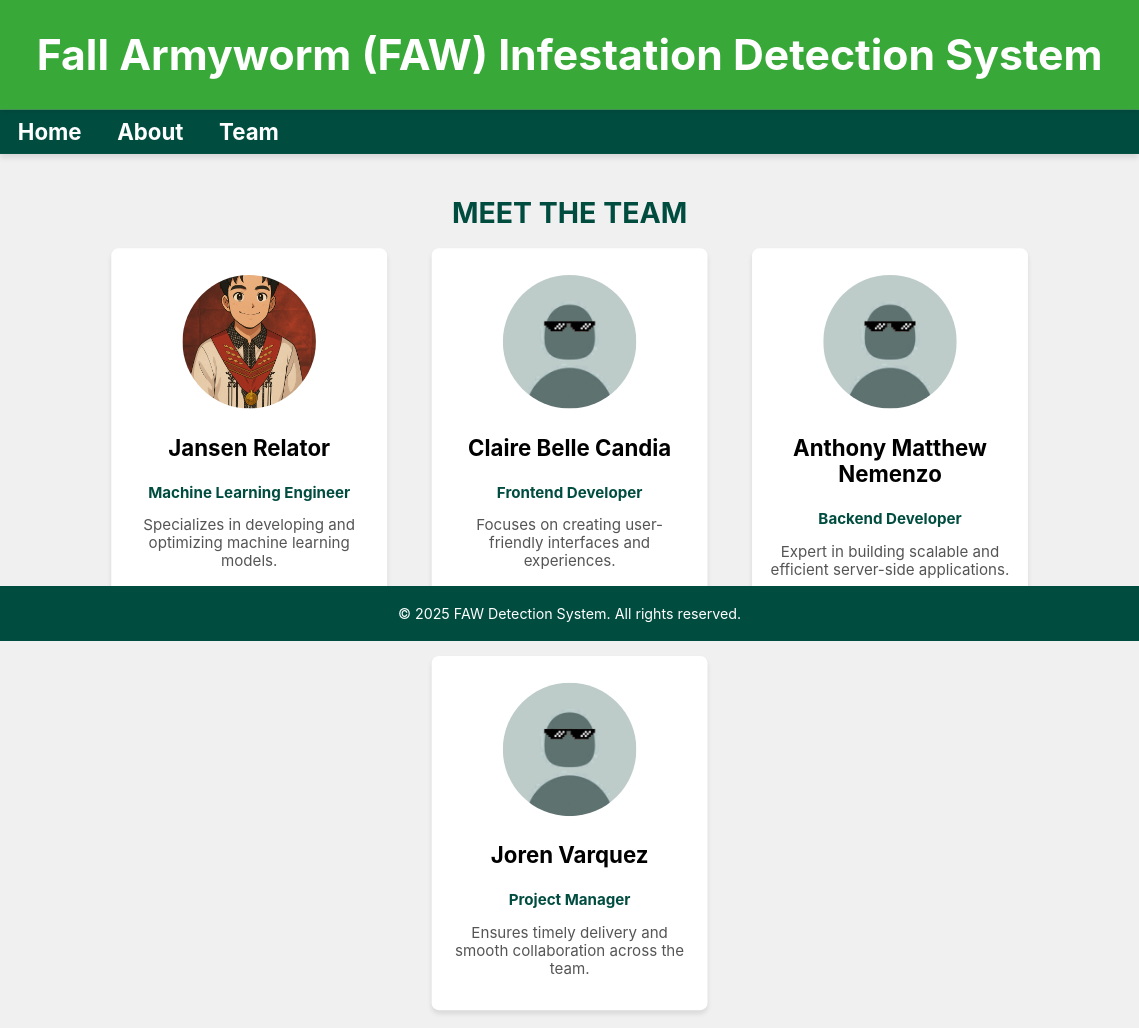
Repository: jansen223/faw-detection-main
Page: /team
The author's editor kept a copy of each file at every save. The page is drawn from the files as they stood at one save, then again after the next save.
The browser window is 1280 px wide. The pictures show the whole page, at 89% of full size.
The page's requests for data from a server got no answer. The project was rebuilt for these pictures with package versions that can differ from the ones it lists, and the page was loaded fresh each time. No one was signed in, and anything a server would have sent is missing. Also part of the build but not shown: src/pages/Home.css, src/pages/Home.js, src/pages/About.css, src/pages/About.js, src/pages/Summary.css, src/pages/Summary.js.

Above is the page before, as saved 2025-04-10 18:56:52.

After the next save:
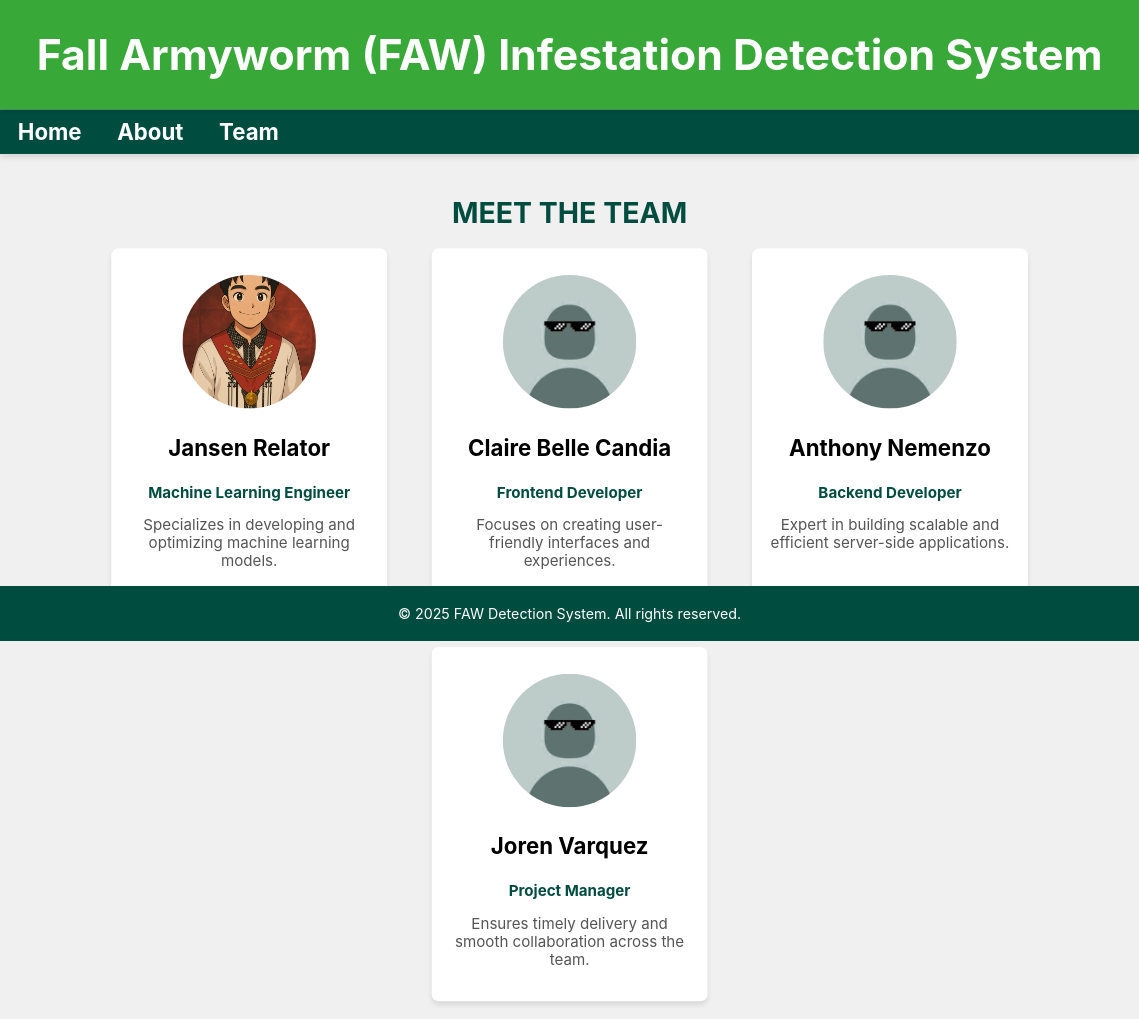
Saved 3 min 29 s later.
--- a/src/pages/Team.js
+++ b/src/pages/Team.js
@@ -16,7 +16,7 @@ function Team() {
       image: "images/profile.jpg"
     },
     {
-      name: "Anthony Matthew Nemenzo",
+      name: "Anthony Nemenzo",
       role: "Backend Developer",
       description: "Expert in building scalable and efficient server-side applications.",
       image: "images/profile.jpg"
